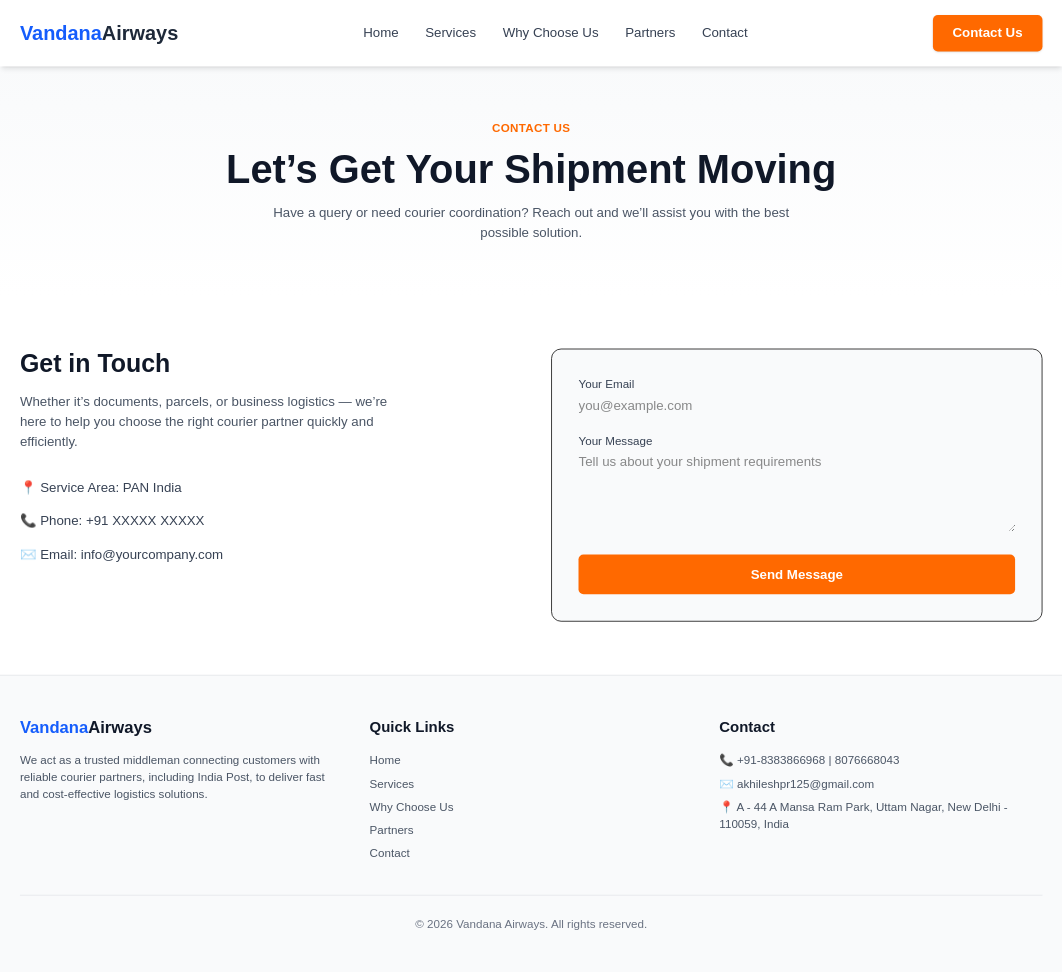
Repository: Rohit-foryou/Courier-Portfolio
Page: /contact
An editor plug-in stored every save of this project. The page is shown before and after the next save, followed by the edit.
The browser window is 1280 px wide. The pictures show the whole page, at 83% of full size.
The project was rebuilt for these pictures with package versions that can differ from the ones it lists, and the page was loaded fresh each time. The framework's server and built-in components were replaced by stand-ins that run in the browser. Also part of the build but not shown: next.config.ts.

Above is the page before, as saved 2026-02-11 01:01:25.

### app/layout.tsx
import "./globals.css";
import Navbar from "../components/Navbar";
import Footer from "../components/Fotter";

export const metadata = {
  title: "Courier Portfolio",
  description: "Courier & logistics service portfolio website",
};

export default function RootLayout({
  children,
}: {
  children: React.ReactNode;
}) {
  return (
    <html lang="en">
      <body>
        <Navbar />
        <main className="min-h-screen">{children}</main>
        <Footer />
      </body>
    </html>
  );
}

### app/contact/page.tsx
export default function ContactPage() {
  return (
    <>
      {/* HERO */}
      <section className="bg-gradient-to-b from-gray-50 to-white py-16">
        <div className="max-w-7xl mx-auto px-6 text-center">
          <p className="text-sm font-semibold text-orange-500 uppercase tracking-wide">
            Contact Us
          </p>
          <h1 className="mt-4 text-4xl md:text-5xl font-bold text-gray-900">
            Let’s Get Your Shipment Moving
          </h1>
          <p className="mt-4 text-gray-600 max-w-2xl mx-auto">
            Have a query or need courier coordination? Reach out and we’ll assist
            you with the best possible solution.
          </p>
        </div>
      </section>

      {/* CONTACT FORM */}
      <section className="bg-white py-16">
        <div className="max-w-7xl mx-auto px-6 grid grid-cols-1 md:grid-cols-2 gap-12">

          {/* LEFT INFO */}
          <div>
            <h2 className="text-3xl font-bold text-gray-900">
              Get in Touch
            </h2>
            <p className="mt-4 text-gray-600 max-w-md">
              Whether it’s documents, parcels, or business logistics — we’re
              here to help you choose the right courier partner quickly and
              efficiently.
            </p>

            <div className="mt-8 space-y-4 text-gray-700">
              <p>📍 <span className="font-medium">Service Area:</span> PAN India</p>
              <p>📞 <span className="font-medium">Phone:</span> +91 XXXXX XXXXX</p>
              <p>✉️ <span className="font-medium">Email:</span> info@yourcompany.com</p>
            </div>
          </div>

          {/* RIGHT FORM */}
          <div className="bg-gray-50 p-8 rounded-xl border">
            <form
              action="https://formspree.io/f/mkovooen"
              method="POST"
              className="space-y-5"
            >
              {/* EMAIL (required by Formspree) */}
              <div>
                <label className="block text-sm font-medium text-gray-700">
                  Your Email
                </label>
                <input
                  type="email"
                  name="email"
                  required
                  placeholder="you@example.com"
                  className="
                    mt-1 w-full rounded-md border-gray-300
                    focus:border-orange-500 focus:ring-orange-500
                  "
                />
              </div>

              {/* MESSAGE */}
              <div>
                <label className="block text-sm font-medium text-gray-700">
                  Your Message
                </label>
                <textarea
                  name="message"
                  rows={4}
                  required
                  placeholder="Tell us about your shipment requirements"
                  className="
                    mt-1 w-full rounded-md border-gray-300
                    focus:border-orange-500 focus:ring-orange-500
                  "
                />
              </div>

              {/* OPTIONAL SUBJECT */}
              <input
                type="hidden"
                name="_subject"
                value="New Courier Enquiry"
              />

              {/* REDIRECT (VERY IMPORTANT) */}
              <input
                type="hidden"
                name="_redirect"
                value="http://localhost:3000/thank-you"
              />

              {/* SUBMIT */}
              <button
                type="submit"
                className="
                  w-full bg-orange-500 text-white py-3 rounded-md font-semibold
                  hover:bg-orange-600 hover:scale-[1.02]
                  transition-all
                "
              >
                Send Message
              </button>
            </form>
          </div>
        </div>
      </section>
    </>
  );
}

### components/Navbar.tsx
import Link from "next/link";

export default function Navbar() {
  return (
    <nav className="w-full bg-white sticky top-0 z-50 shadow-md">
      <div className="max-w-7xl mx-auto px-6">
        <div className="flex items-center justify-between h-20">

          {/* Logo */}
          <Link href="/" className="flex items-center">
            <span className="text-2xl font-bold text-blue-600">
              Vandana<span className="text-gray-800">Airways</span>
            </span>
          </Link>

          {/* Navigation Links */}
          <div className="hidden md:flex items-center space-x-8 text-gray-700 font-medium">
            {["Home", "Services", "Why Choose Us", "Partners", "Contact"].map(
              (item) => (
                <Link
                  key={item}
                  href={item === "Home" ? "/" : `/${item.toLowerCase().replace(/\s/g, "-")}`}
                  className="relative hover:text-blue-600 transition after:absolute after:left-0 after:-bottom-1 after:w-0 after:h-[2px] after:bg-orange-500 hover:after:w-full after:transition-all"
                >
                  {item}
                </Link>
              )
            )}
          </div>

          {/* CTA Button */}
          <Link
            href="/contact"
            className="bg-orange-500 text-white px-6 py-2.5 rounded-md font-semibold hover:bg-orange-600 transition shadow-sm"
          >
Contact Us          </Link>
        </div>
      </div>
    </nav>
  );
}

### components/Fotter.tsx
import Link from "next/link";

export default function Footer() {
  return (
    <footer className="bg-gray-50 border-t border-gray-200">
      <div className="max-w-7xl mx-auto px-6 py-12">
        <div className="grid grid-cols-1 md:grid-cols-3 gap-8">
          {/* Brand / About */}
          <div>
            <h3 className="text-xl font-bold text-blue-600">
  Vandana<span className="text-gray-900">Airways</span>
</h3>

            <p className="mt-4 text-gray-600 text-sm">
              We act as a trusted middleman connecting customers with reliable
              courier partners, including India Post, to deliver fast and
              cost-effective logistics solutions.
            </p>
          </div>

          {/* Quick Links */}
          <div>
            <h4 className="text-lg font-semibold text-gray-900 mb-4">
Quick Links</h4>
            <ul className="mt-4 space-y-2 text-sm">
              <li>
                <Link
                  href="/"
                  className="text-gray-600 hover:text-blue-600 transition"
                >
                  Home
                </Link>
              </li>
              <li>
                <Link
                  href="/services"
                  className="text-gray-600 hover:text-blue-600 transition"
                >
                  Services
                </Link>
              </li>
              <li>
                <Link
                  href="/why-choose-us"
                  className="text-gray-600 hover:text-blue-600 transition"
                >
                  Why Choose Us
                </Link>
              </li>
              <li>
                <Link
                  href="/partners"
                  className="text-gray-600 hover:text-blue-600 transition"
                >
                  Partners
                </Link>
              </li>
              <li>
                <Link
                  href="/contact"
                  className="text-gray-600 hover:text-blue-600 transition"
                >
                  Contact
                </Link>
              </li>
            </ul>
          </div>

          {/* Contact Info */}
          <div>
            <h4 className="text-lg font-semibold text-gray-900">Contact</h4>
            <ul className="mt-4 space-y-2 text-gray-600 text-sm">
              <li>📞 +91-8383866968 | 8076668043</li>
              <li>✉️ akhileshpr125@gmail.com</li>
              <li>
                📍 A - 44 A Mansa Ram Park, Uttam Nagar, New Delhi - 110059, India
              </li>
            </ul>
          </div>
        </div>

        {/* Bottom Bar */}
        <div className="mt-10 border-t border-gray-200 pt-6 text-center text-sm text-gray-500">
          © {new Date().getFullYear()} Vandana Airways. All rights reserved.
        </div>
      </div>
    </footer>
  );
}

Loaded but not shown: app/globals.css (common file)

After the next save:
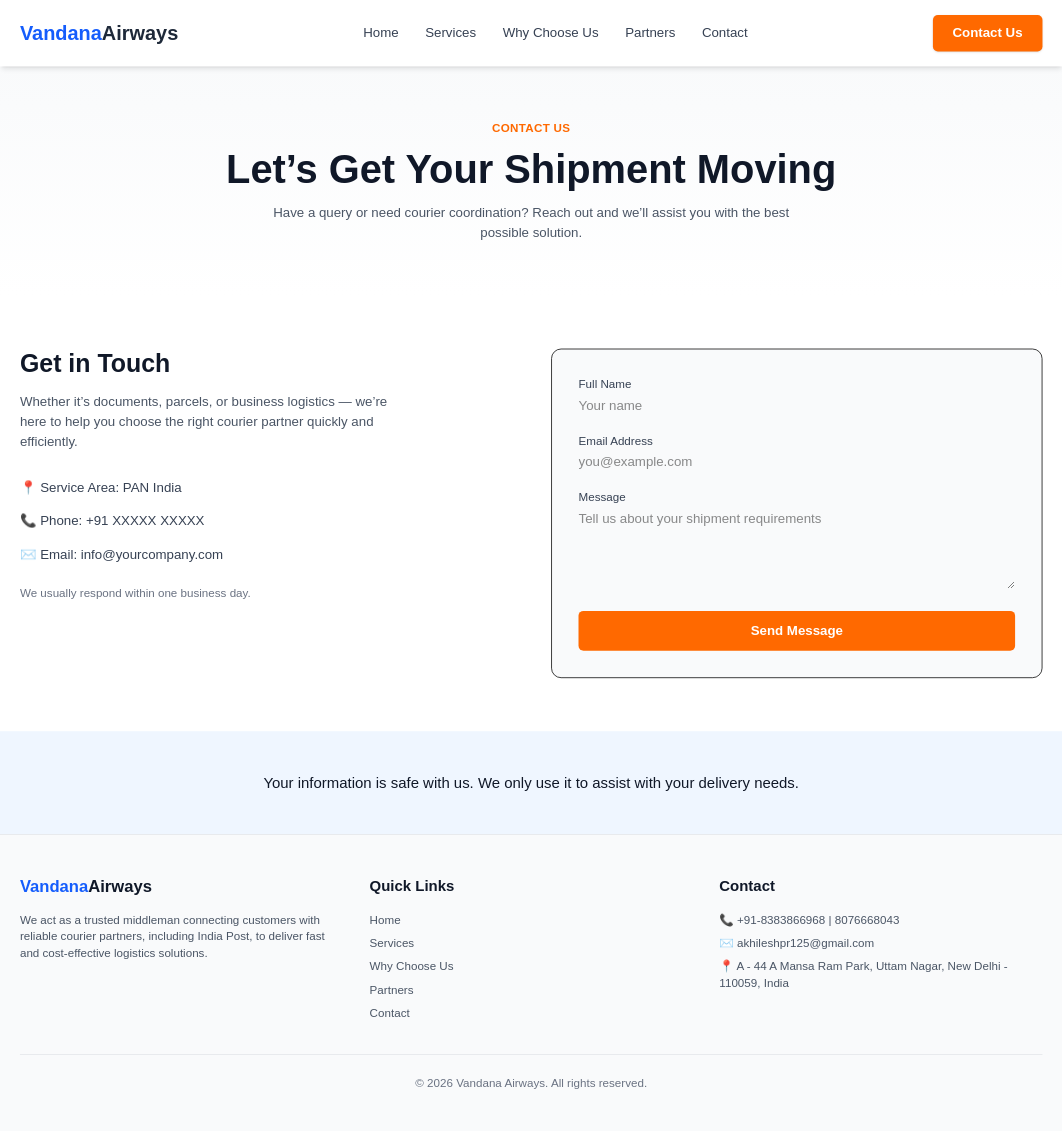
Saved 40 s later.
--- a/app/contact/page.tsx
+++ b/app/contact/page.tsx
@@ -7,9 +7,11 @@
           <p className="text-sm font-semibold text-orange-500 uppercase tracking-wide">
             Contact Us
           </p>
+
           <h1 className="mt-4 text-4xl md:text-5xl font-bold text-gray-900">
             Let’s Get Your Shipment Moving
           </h1>
+
           <p className="mt-4 text-gray-600 max-w-2xl mx-auto">
             Have a query or need courier coordination? Reach out and we’ll assist
             you with the best possible solution.
@@ -17,7 +19,7 @@
         </div>
       </section>
 
-      {/* CONTACT FORM */}
+      {/* CONTACT SECTION */}
       <section className="bg-white py-16">
         <div className="max-w-7xl mx-auto px-6 grid grid-cols-1 md:grid-cols-2 gap-12">
 
@@ -26,6 +28,7 @@
             <h2 className="text-3xl font-bold text-gray-900">
               Get in Touch
             </h2>
+
             <p className="mt-4 text-gray-600 max-w-md">
               Whether it’s documents, parcels, or business logistics — we’re
               here to help you choose the right courier partner quickly and
@@ -37,19 +40,40 @@
               <p>📞 <span className="font-medium">Phone:</span> +91 XXXXX XXXXX</p>
               <p>✉️ <span className="font-medium">Email:</span> info@yourcompany.com</p>
             </div>
+
+            <p className="mt-6 text-sm text-gray-500">
+              We usually respond within one business day.
+            </p>
           </div>
 
           {/* RIGHT FORM */}
           <div className="bg-gray-50 p-8 rounded-xl border">
             <form
-              action="https://formspree.io/f/mkovooen"
+              action="https://formspree.io/f/mkovooen" // 🔴 REPLACE WITH YOUR REAL FORM ID
               method="POST"
               className="space-y-5"
             >
-              {/* EMAIL (required by Formspree) */}
+              {/* NAME */}
               <div>
                 <label className="block text-sm font-medium text-gray-700">
-                  Your Email
+                  Full Name
+                </label>
+                <input
+                  type="text"
+                  name="name"
+                  required
+                  placeholder="Your name"
+                  className="
+                    mt-1 w-full rounded-md border-gray-300
+                    focus:border-orange-500 focus:ring-orange-500
+                  "
+                />
+              </div>
+
+              {/* EMAIL */}
+              <div>
+                <label className="block text-sm font-medium text-gray-700">
+                  Email Address
                 </label>
                 <input
                   type="email"
@@ -66,7 +90,7 @@
               {/* MESSAGE */}
               <div>
                 <label className="block text-sm font-medium text-gray-700">
-                  Your Message
+                  Message
                 </label>
                 <textarea
                   name="message"
@@ -87,7 +111,7 @@
                 value="New Courier Enquiry"
               />
 
-              {/* REDIRECT (VERY IMPORTANT) */}
+              {/* IMPORTANT: REDIRECT (PREVENTS METHOD ERROR) */}
               <input
                 type="hidden"
                 name="_redirect"
@@ -109,6 +133,14 @@
           </div>
         </div>
       </section>
+
+      {/* REASSURANCE */}
+      <section className="bg-blue-50 py-12 text-center">
+        <p className="text-lg font-medium text-gray-900">
+          Your information is safe with us. We only use it to assist with your
+          delivery needs.
+        </p>
+      </section>
     </>
   );
 }
